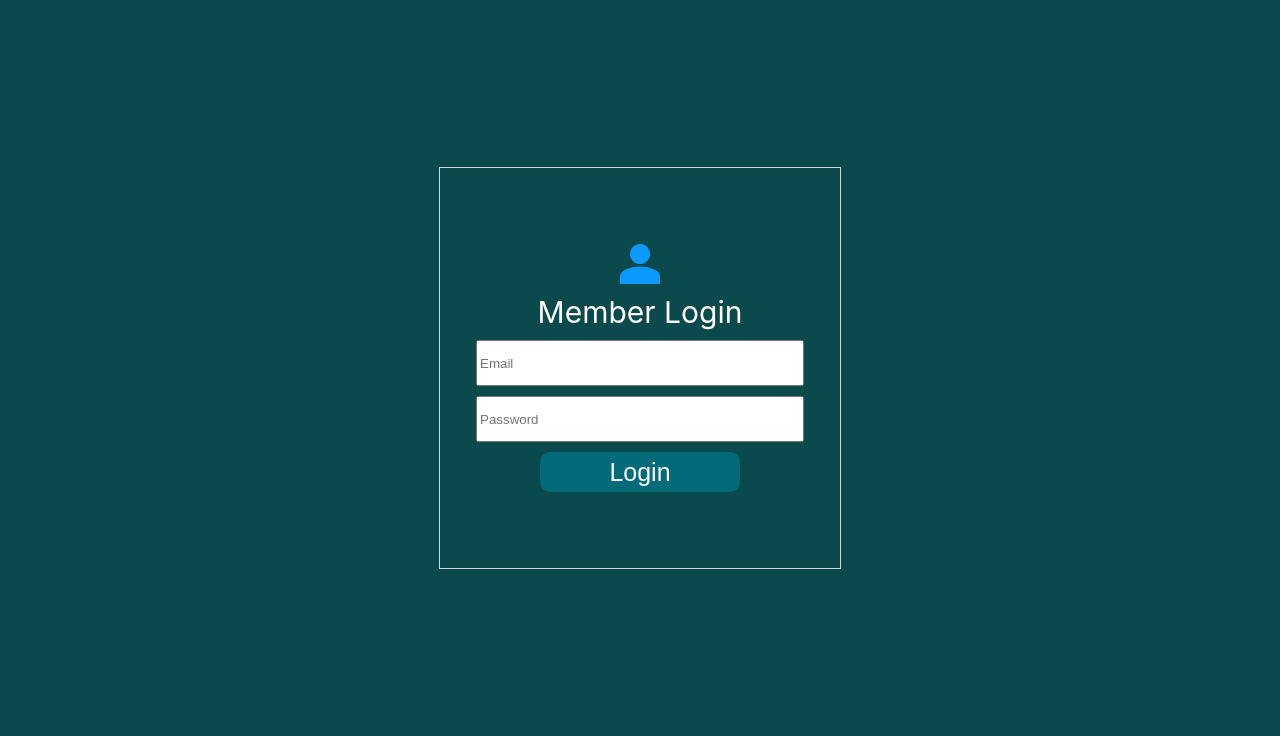
Repository: sheddy1/peter1
Page: work2.html
These files come from the project's save history. The page is drawn as it stood at one moment and after the next save; the edit follows.
The browser window is 1280 px wide. The pictures show the whole page.

Above is the page before, as saved 2025-11-08 15:54:30.

After the next save:
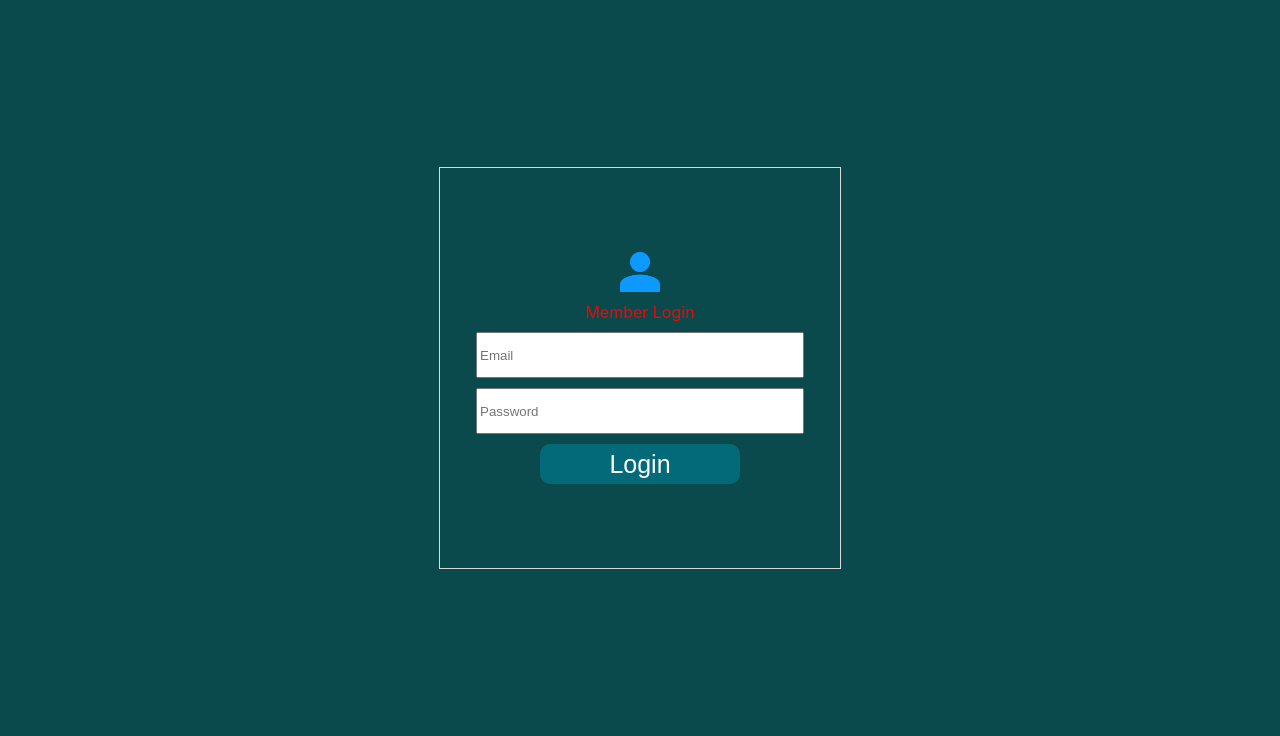
Saved 9 s later.
--- a/work2.html
+++ b/work2.html
@@ -13,7 +13,7 @@
     <div class="login-box">
         <img src="Vector.png" alt="" class="vector">
 
-        <peter class="mem">Member Login</peter>
+        <peter>Member Login</peter>
 
         <input type="text" class="text1" placeholder="Email">
 

After the save that followed:
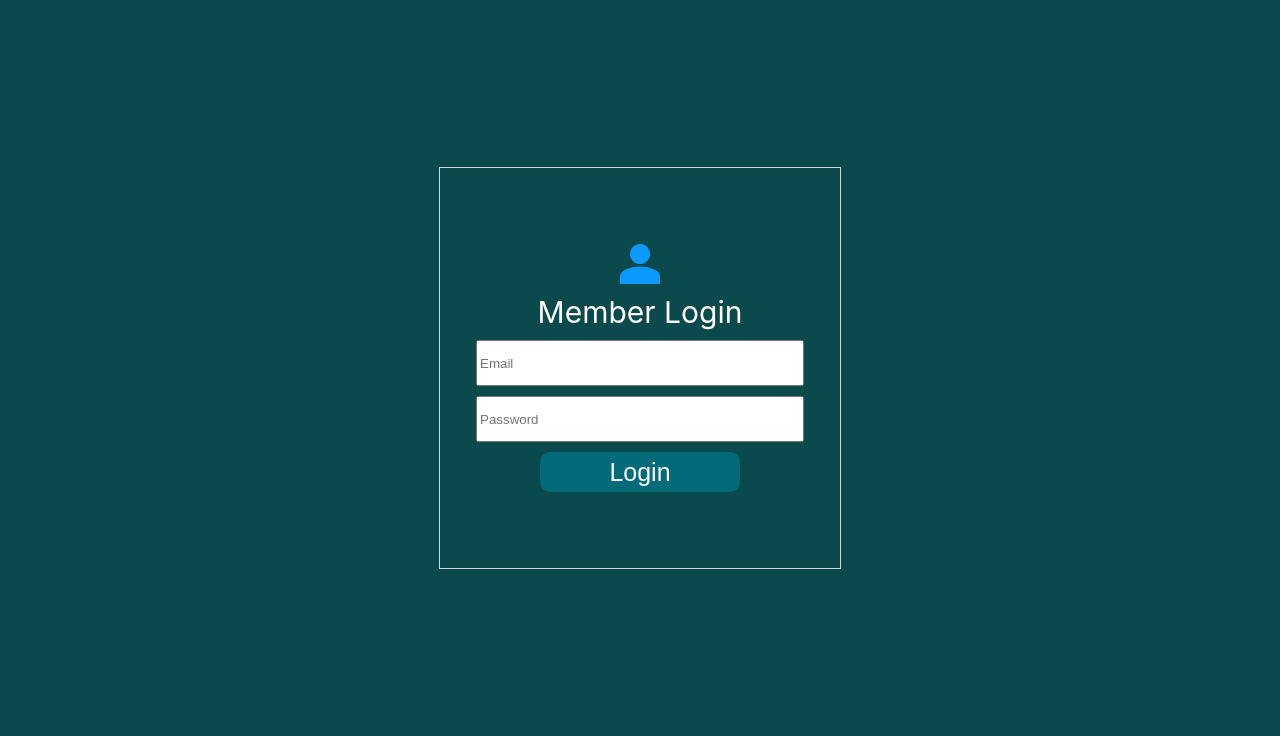
Saved 57 s later.
--- a/work2.html
+++ b/work2.html
@@ -13,7 +13,7 @@
     <div class="login-box">
         <img src="Vector.png" alt="" class="vector">
 
-        <peter>Member Login</peter>
+        <text class="mem">Member Login</text>
 
         <input type="text" class="text1" placeholder="Email">
 
